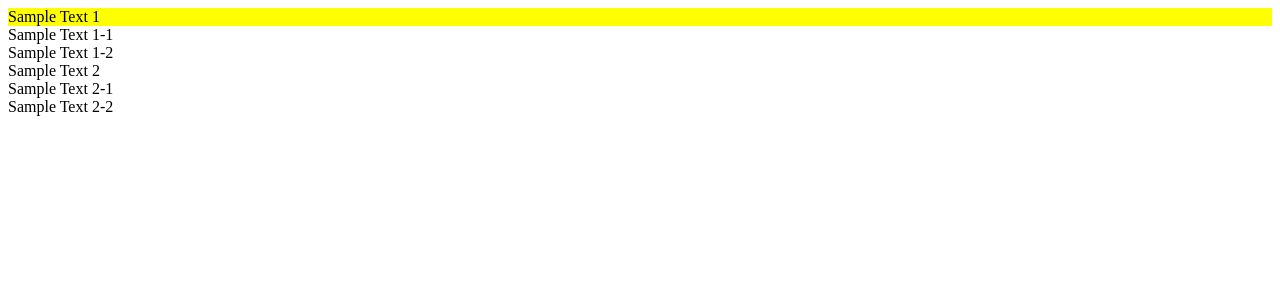
Repository: lixinso/html5
Page: workspace/CSS3/WebContent/selector/selector1.html
The author's editor kept a copy of each file at every save. The page is drawn from the files as they stood at one save, then again after the next save.
The browser window is 1280 px wide. The pictures show the whole page.

Above is the page before, as saved 2011-05-27 14:11:16.

### workspace/CSS3/WebContent/selector/selector1.html
<?xml version="1.0" encoding="UTF-8" ?>
<!DOCTYPE html PUBLIC "-//W3C//DTD XHTML 1.0 Transitional//EN" "http://www.w3.org/TR/xhtml1/DTD/xhtml1-transitional.dtd">
<html xmlns="http://www.w3.org/1999/xhtml">
<head>
<meta http-equiv="Content-Type" content="text/html; charset=UTF-8" />
<style type="text/css">
	[id^=section1]{
		background-color: yellow;
	}

</style>
</head>
<body>
	<div id="section1" class="divYellow">Sample Text 1</div>
	<div id="subsection1-1">Sample Text 1-1</div>
	<div id="subsection1-2">Sample Text 1-2</div>
	<div id="section2">Sample Text 2</div>
	<div id="subsection2-1">Sample Text 2-1</div>
	<div id="subsection2-2">Sample Text 2-2</div>
</body>
</html>

After the next save:
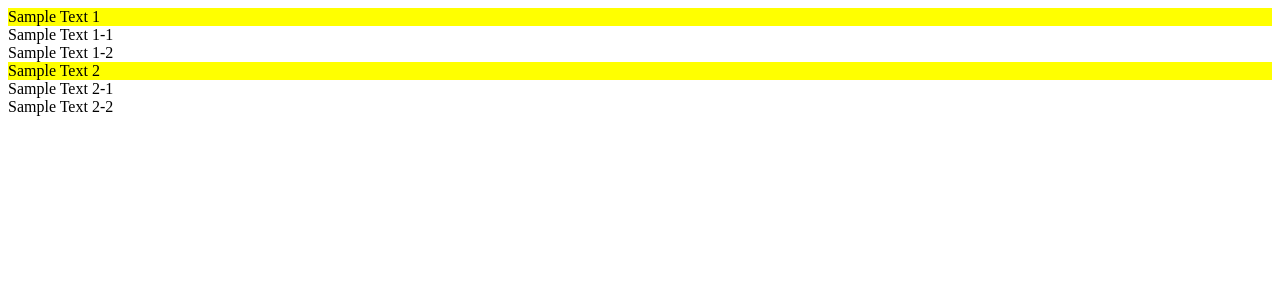
Saved 18 s later.
--- a/workspace/CSS3/WebContent/selector/selector1.html
+++ b/workspace/CSS3/WebContent/selector/selector1.html
@@ -4,7 +4,7 @@
 <head>
 <meta http-equiv="Content-Type" content="text/html; charset=UTF-8" />
 <style type="text/css">
-	[id^=section1]{
+	[id^=section]{
 		background-color: yellow;
 	}
 
